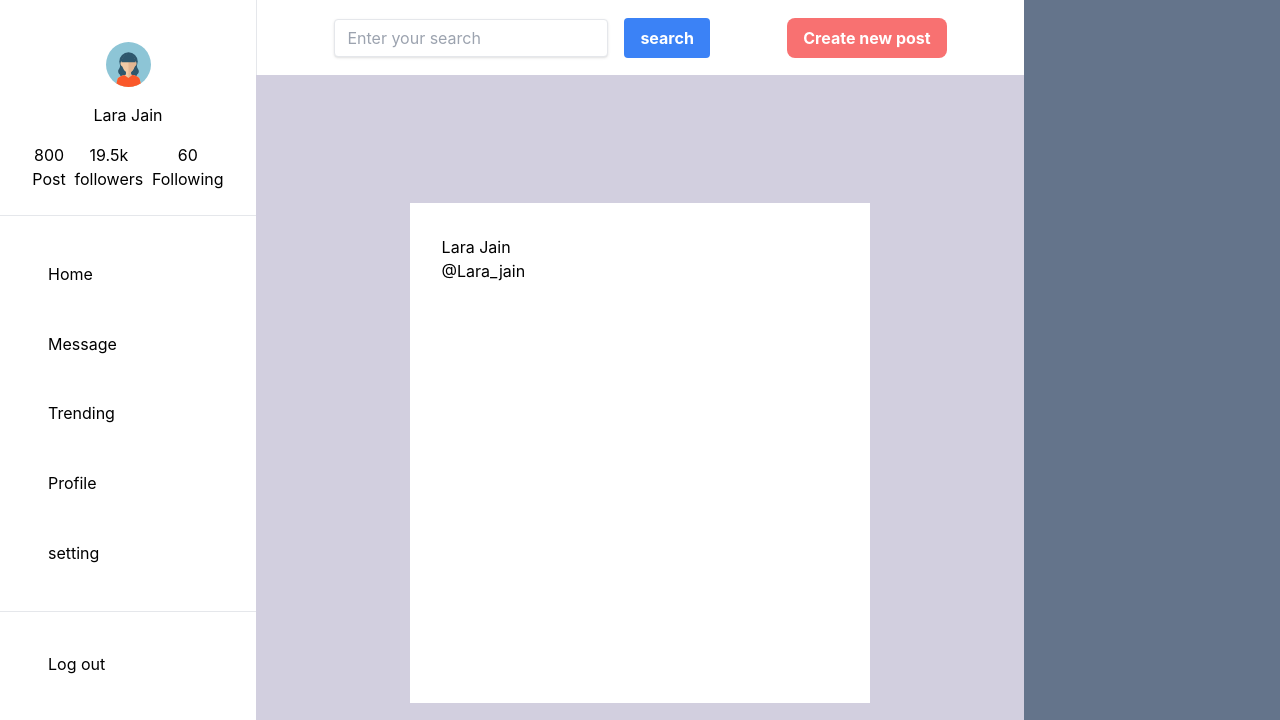
Repository: cosmicswati/upgrad-captions-project
Page: /
These files come from the project's save history. The page is drawn as it stood at one moment and after the next save; the edit follows.
The browser window is 1280 px wide. The pictures show the whole page.
The project was rebuilt for these pictures with package versions that can differ from the ones it lists, and the page was loaded fresh each time. Also part of the build but not shown: src/modules/Authorization/Form.jsx, src/modules/Authorization/index.js.

Above is the page before, as saved 2024-04-09 15:18:07.

### src/index.css
@tailwind base;
@tailwind components;
@tailwind utilities;

body {
  margin: 0;
  font-family: -apple-system, BlinkMacSystemFont, 'Segoe UI', 'Roboto', 'Oxygen',
    'Ubuntu', 'Cantarell', 'Fira Sans', 'Droid Sans', 'Helvetica Neue',
    sans-serif;
  -webkit-font-smoothing: antialiased;
  -moz-osx-font-smoothing: grayscale;
}

code {
  font-family: source-code-pro, Menlo, Monaco, Consolas, 'Courier New',
    monospace;
}

.scrollbar-hide::-webkit-scrollbar{
  display: none;
}

### src/App.js
import Auth from "./modules/Authorization";
import Home from "./modules/Home";


function App() {
  return (
    <div>
      {/* <Auth />  */}
      <Home />
    </div>
  );
}

export default App;

### src/modules/Home/index.js
import React from 'react'
import { ReactComponent as Avatar} from '../../assets/Avatar.svg'
import Input from '../../components/Input';
import Button from '../../components/Button';

const Home = () => {
  return (
    <div className='h-screen bg-[#d2cfdf]  flex overflow-hidden'>
        <div className='w-[20%] bg-white flex flex-col'>
            <div className='h-[30%] flex justify-center items-center border-b'>
                <div className='flex flex-col justify-center items-center'>
                    <Avatar width={'45px'} height={'45px'}/>
                    <p className='my-4'>Lara Jain</p>
                    <div className='h-[30px] flex justify-around w-[200px] text-center'>
                        <div className='flex flex-col justify-around items-center'>
                            <h4>800</h4>
                            <p>Post</p>
                        </div>
                        <div>
                            <h4>19.5k</h4>
                            <p>followers</p>
                        </div>
                        <div>
                            <h4>60</h4>
                            <p>Following</p>
                        </div>
                    </div>
                </div>
            </div>
            <div className='h-[55%] flex flex-col justify-evenly pl-12 border-b'>
                    <div>Home</div>
                    <div>Message</div>
                    <div>Trending</div>
                    <div>Profile</div>
                    <div>setting</div>
            </div>
            <div className='h-[15%] pt-10'>
                <div className='ml-12 cursor-pointer'>Log out</div>
            </div>
        </div>
        <div className='w-[60%] overflow-scroll h-full scrollbar-hide'>
            <div className='bg-white h-[75px] border-l flex justify-evenly items-center pt-4'>
                 <div className='flex justify-center items-center'>
                    <Input placeholder='Enter your search '/>
                    <Button label='search'  className='mb-4 ml-4'/>
                 </div>
                 <Button label='Create new post'  className='rounded-lg bg-red-400 hover:bg-red-500 mb-4'/>
            </div>
            <div className='bg-white w-[60%] h-[500px] mx-auto mt-32 p-8'>
                <div>
                    <h3>Lara Jain</h3>
                    <p>@Lara_jain</p>
                </div>
            </div>
        </div>
        <div className='w-[20%] bg-slate-500'></div>
    </div>
  )
}

export default Home

### src/components/Input/index.js
import React from 'react'

const Input = ({
    name = '',
    label ='',
    type ='',
    placeholder =''
}) => {
  return (
    <div class="mb-4">
        {
          label &&
          <label class="block text-gray-700 text-sm font-bold mb-2" for={name}>
             {label}
          </label>
        }

        <input class="shadow apperance-none border rounded w-full py-2 px-3
         text-gray-700 leading-tight focus:outline-none focus:shadow-outline"
         id={name} type={type} placeholder={placeholder} />

    </div>
  )

}

export default Input

### src/components/Button/index.js
import React from 'react'

const Button = ({
    label ='',
    className =''
}) => {
  return (
    <button className={`bg-blue-500 hover:bg-blue-700 text-white font-bold py-2 px-4 rounded ${className}`}>
      {label}
  </button>
  )
}

export default Button

### tailwind.config.js
/** @type {import('tailwindcss').Config} */
module.exports = {
 mode:'jit',
 purge: [
  './public/**/*.html',
  './src/**/*.{js,jsx,ts,tsx,vue}',
 ],
  content: [
    "./src/**/*.{js,jsx,ts,tsx}",
  ],
  theme: {
    extend: {},
  },
  plugins: [],
}

Loaded but not shown: public/index.html (common file); src/index.js (common file); src/reportWebVitals.js (common file)

After the next save:
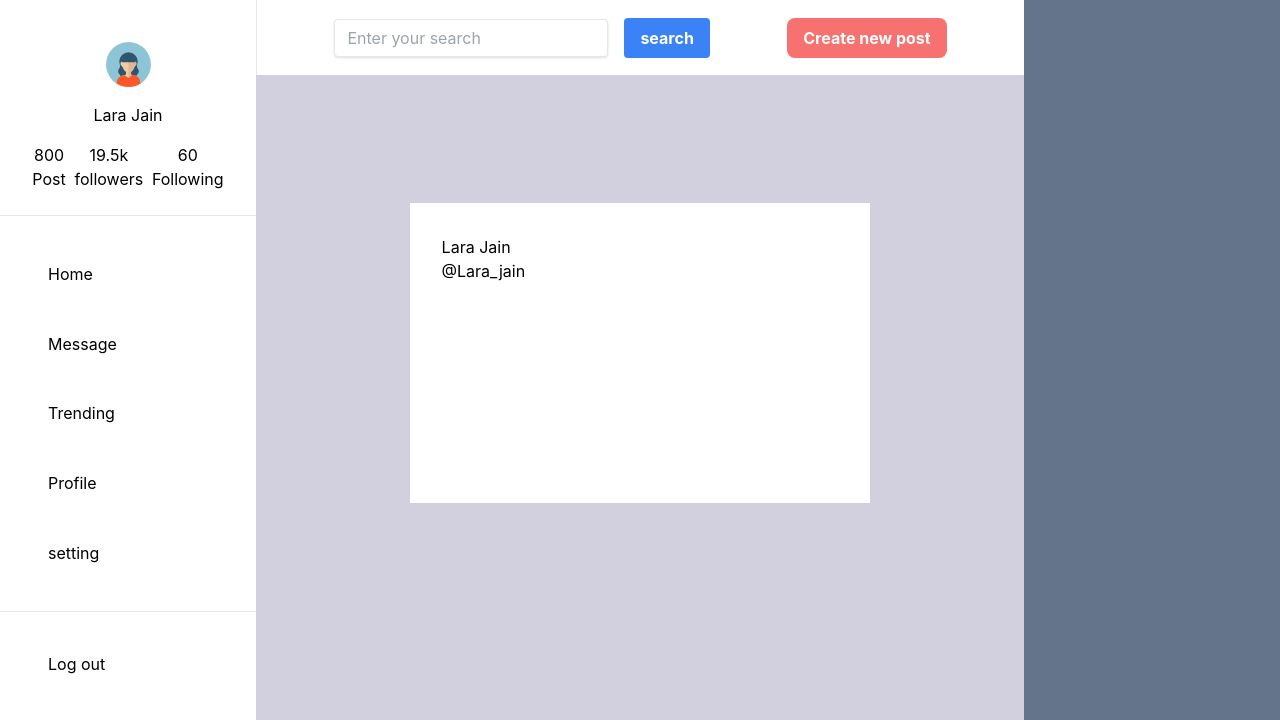
Saved 20 s later.
--- a/src/modules/Home/index.js
+++ b/src/modules/Home/index.js
@@ -46,7 +46,7 @@ const Home = () => {
                  </div>
                  <Button label='Create new post'  className='rounded-lg bg-red-400 hover:bg-red-500 mb-4'/>
             </div>
-            <div className='bg-white w-[60%] h-[500px] mx-auto mt-32 p-8'>
+            <div className='bg-white w-[60%] h-[300px] mx-auto mt-32 p-8'>
                 <div>
                     <h3>Lara Jain</h3>
                     <p>@Lara_jain</p>
